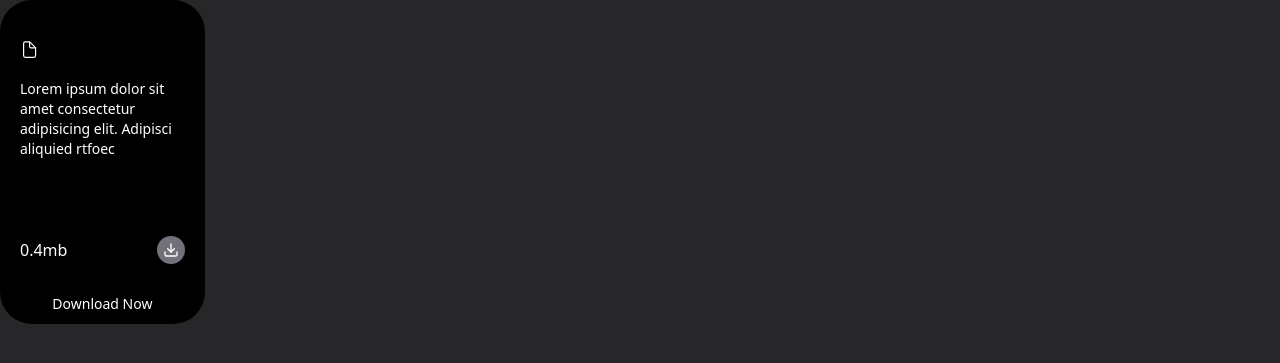
Repository: SharonSebastian32/dragable_cards
Page: /
These files come from the project's save history. The page is drawn as it stood at one moment and after the next save; the edit follows.
The browser window is 1280 px wide. The pictures show the whole page.
The project was rebuilt for these pictures with package versions that can differ from the ones it lists, and the page was loaded fresh each time. Also part of the build but not shown: vite.config.js.

Above is the page before, as saved 2024-08-21 10:34:48.

### src/App.jsx
import Background from "./Components/Background";
import Foreground from "./Components/Foreground";

const App = () => {
  return (
    <div className="w-full h-screen bg-zinc-800 relative">
      <Background />
      <Foreground/>
    </div>
  );
};
export default App;

### src/Components/Background.jsx
const Background = () => {
  return <div className="w-full h-full fixed z-[2]"> </div>;
};

export default Background;

### src/Components/Foreground.jsx
import Card from "./Card";

const Foreground = () => {
    const data = [

    ]
  return (
    <div className="w-full h-full fixed top-0 left-0 z-[3]">
      <Card />
    </div>
  );
};

export default Foreground;

### src/Components/Card.jsx
import { IoDocumentOutline } from "react-icons/io5";
import { LuDownload } from "react-icons/lu";
const Card = () => {
  return (
    <div className="w-[16vw] h-[45vh] rounded-[2rem] text-white px-5 py-10 bg-black relative overflow-hidden">
      <IoDocumentOutline size="1.2em" />
      <p className="text-sm font-medium mt-5">
        Lorem ipsum dolor sit amet consectetur adipisicing elit. Adipisci
        aliquied rtfoec{" "}
      </p>
      {/* footer   */}
      <div className="footer  absolute bottom-0 left-0 w-full h-15  ">
        <div className="flex items-center justify-between p-5">
          <h5>0.4mb</h5>
          <span className="w-7 h-7 bg-zinc-500 rounded-full flex items-center justify-center cursor-pointer">
            <LuDownload />{" "}
          </span>
        </div>{" "}
        <div className="w-full h-10 bg-red- flex items-center justify-center cursor-pointer ">
          <h2 className=" text-sm font-medium"> Download Now </h2>
        </div>
      </div>
    </div>
  );
};

export default Card;

Loaded but not shown: index.html (common file); src/main.jsx (common file); src/index.css (common file); tailwind.config.js (common file)

After the next save:
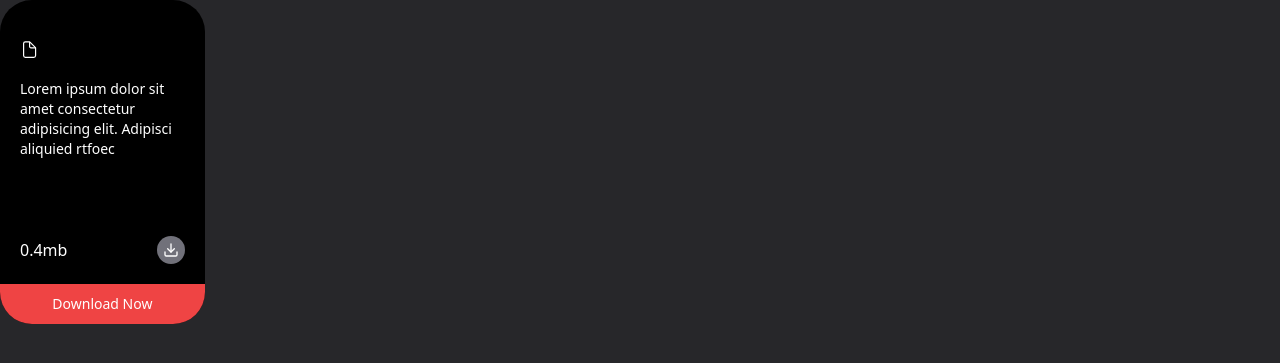
Saved 4 s later.
--- a/src/Components/Card.jsx
+++ b/src/Components/Card.jsx
@@ -16,7 +16,7 @@
             <LuDownload />{" "}
           </span>
         </div>{" "}
-        <div className="w-full h-10 bg-red- flex items-center justify-center cursor-pointer ">
+        <div className="w-full h-10 bg-red-500 flex items-center justify-center cursor-pointer ">
           <h2 className=" text-sm font-medium"> Download Now </h2>
         </div>
       </div>

After the 3 saves that followed:
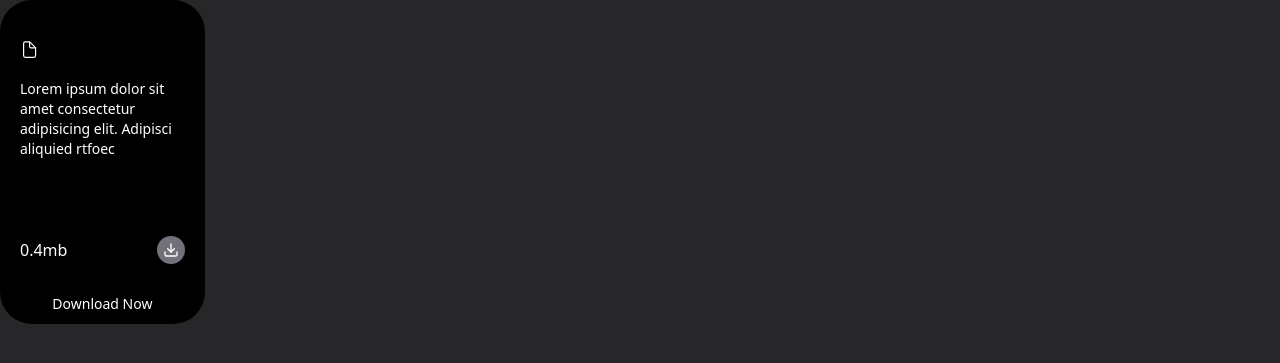
The 3 saves are shown as one change because they came seconds apart.
The last was saved 13 s later.
--- a/src/Components/Card.jsx
+++ b/src/Components/Card.jsx
@@ -16,7 +16,7 @@
             <LuDownload />{" "}
           </span>
         </div>{" "}
-        <div className="w-full h-10 bg-red-500 flex items-center justify-center cursor-pointer ">
+        <div className="w-full h-10 bg-green- flex items-center justify-center cursor-pointer ">
           <h2 className=" text-sm font-medium"> Download Now </h2>
         </div>
       </div>
